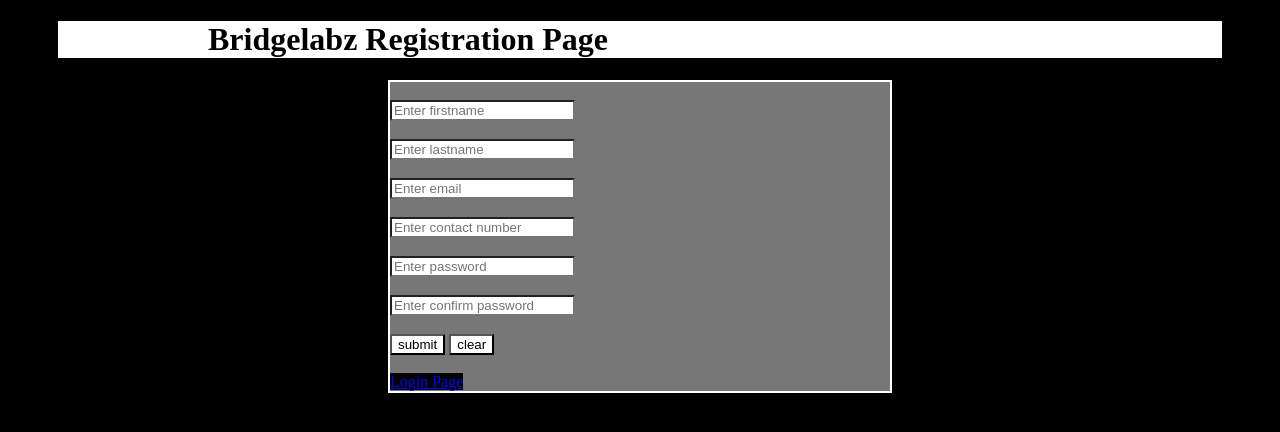
Repository: MarkFernandes11/Advanced-Java
Page: http://localhost/Login/register.jsp
The author's editor kept a copy of each file at every save. The page is drawn from the files as they stood at one save, then again after the next save.
The browser window is 1280 px wide. The pictures show the whole page.
The page is served by Tomcat 9.

Above is the page before, as saved 2019-09-26 05:31:21.

After the next save:
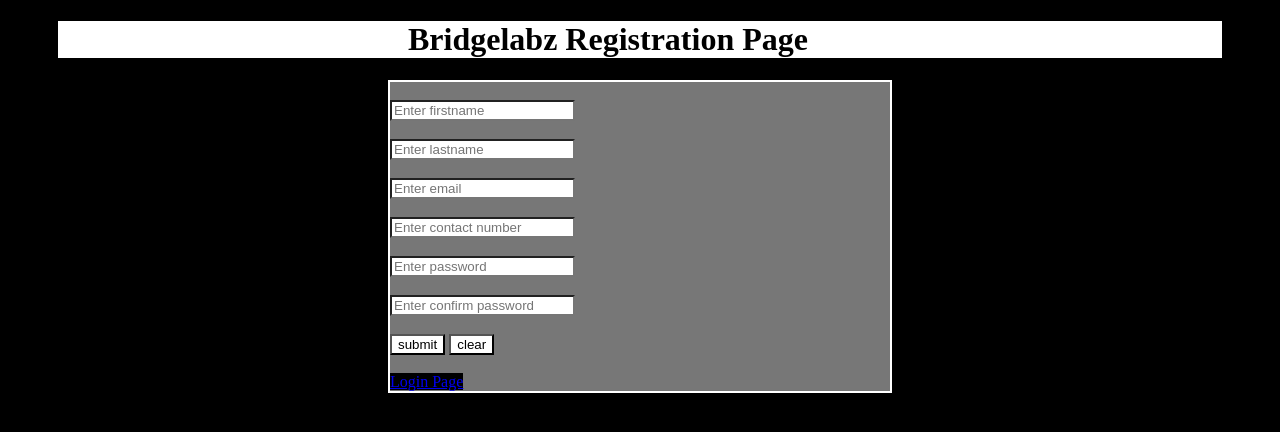
Saved 12 s later.
--- a/Login/WebContent/stylesheet.css
+++ b/Login/WebContent/stylesheet.css
@@ -24,7 +24,7 @@
 h1{
 
 	background-color: #fff;
-	padding-left: 150px;
+	padding-left: 350px;
 	padding-right: auto;
 	margin-left: 50px;
 	margin-right: 50px;
